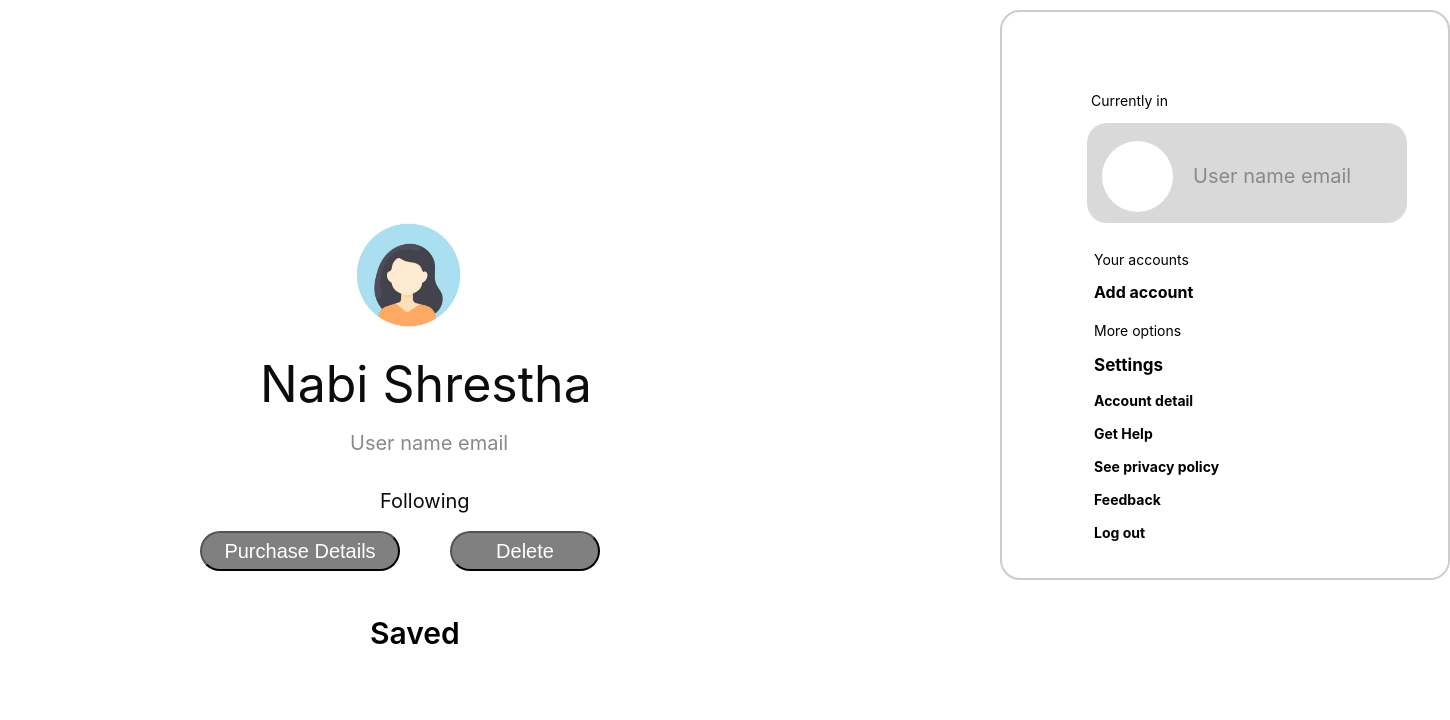
Repository: happy-kitty0821/PixlePrinters
Page: http://localhost/PixlePrint/UserProfile
These files come from the project's save history. The page is drawn as it stood at one moment and after the next save; the edit follows.
The browser window is 1280 px wide. The page is 1450 px wide, so the pictures cover 1450 px, including what lies to the right of the window. The pictures show the whole page.
The page is served by Tomcat 9. The session is filled in as if someone had signed in: {"username": "testuser", "userId": 1, "accountType": "admin"}. Other server files are loaded and not shown. Queries for data that is not in the repository find no rows.

Above is the page before, as saved 2024-05-09 15:11:35.

### PixlePrint/src/main/webapp/pages/ProfilePage.jsp
<!DOCTYPE html>
<html>
    <head>
        <meta name = "viewport" content="width=device-width, initial-scale= 1.0">
        <title>Drop-down profile</title>
        <link rel="stylesheet" href="../css/ProfilePage.css">
    </head>
<body>
    <div style="width:450px; height:570px; overflow: hidden; margin-top: 10px; margin-left: 1000px; margin-right: 20px;border: 2px solid #ccc; border-radius: 20px; padding: 50px;">
        <div style="width: 400px; height: 579px; position: relative; background: white; border-radius: 40px;">
            <div style="left: 39px; top: 30px; position: absolute; color: black; font-size: 14px; font-family: Inter; font-weight: 400; word-wrap: break-word">Currently in</div>
            <div style="width: 320px; height: 100px; left: 35px; top: 61px; position: absolute; background: #D9D9D9; border-radius: 20px"></div>
            <div style="left: 42px; top: 189px; position: absolute; color: black; font-size: 14px; font-family: Inter; font-weight: 400; word-wrap: break-word">Your accounts</div>
            <div style="left: 42px; top: 220px; position: absolute; color: black; font-size: 16px; font-family: Inter; font-weight: 700; word-wrap: break-word">Add account</div>
            <div style="left: 42px; top: 260px; position: absolute; color: black; font-size: 14px; font-family: Inter; font-weight: 400; word-wrap: break-word">More options</div>
            <div style="left: 42px; top: 293px; position: absolute; color: black; font-size: 17px; font-family: Inter; font-weight: 700; word-wrap: break-word">Settings</div>
            <div style="left: 42px; top: 330px; position: absolute; color: black; font-size: 14px; font-family: Inter; font-weight: 700; word-wrap: break-word">Account detail</div>
            <div style="left: 42px; top: 363px; position: absolute; color: black; font-size: 14px; font-family: Inter; font-weight: 700; word-wrap: break-word">Get Help</div>
            <div style="left: 42px; top: 396px; position: absolute; color: black; font-size: 14px; font-family: Inter; font-weight: 700; word-wrap: break-word">See privacy policy</div>
            <div style="left: 42px; top: 429px; position: absolute; color: black; font-size: 14px; font-family: Inter; font-weight: 700; word-wrap: break-word">Feedback</div>
            <div style="left: 42px; top: 462px; position: absolute; color: black; font-size: 14px; font-family: Inter; font-weight: 700; word-wrap: break-word">Log out</div>
            <div style="width: 71px; height: 71px; left: 50px; top: 79px; position: absolute; background: white; border-radius: 9999px"></div>
            <div style="left: 141px; top: 97px; position: absolute; color: #8B8888; font-size: 20px; font-family: Inter; font-weight: 400; line-height: 35px; word-wrap: break-word">User name email</div>
        </div>
    </div>
    <div class= "Profile">
        <h1>Nabi Shrestha </h1>
        <h2>User name email</h2>
        <h3>Following<h3>
    </div>
    <div >

        <button style="left: 200px; top: 531px; position: absolute; font-size:20px; background-color: grey; color: white;border-radius:25px; width:200px; height: 40px;">Purchase Details</button>
        <button style="left: 450px; top: 531px; position: absolute; font-size:20px; background-color: grey; color: white;border-radius:25px; width:150px; height: 40px;">Delete</button>
        <div style="left: 370px; top: 616px; position: absolute; color: black; font-size: 30px; font-family: Inter; font-weight: 600; line-height: 35px; word-wrap: break-word">Saved</div>
        <img style="width: 137px; height: 136px; left: 340px; top: 207px; position: absolute" src="Images\Girl.jpg" />
      </div>

</body>
</html>

### PixlePrint/src/main/java/controller/servlets/UserProfile.java
package controller.servlets;

import java.io.IOException;
import java.util.List;

import javax.servlet.ServletException;
import javax.servlet.annotation.WebServlet;
import javax.servlet.http.HttpServlet;
import javax.servlet.http.HttpServletRequest;
import javax.servlet.http.HttpServletResponse;
import javax.servlet.http.HttpSession;

import controller.DatabaseController;
import models.UserModel;

/**
 * Servlet implementation class UserProfile
 */
@WebServlet("/UserProfile")
public class UserProfile extends HttpServlet {
	private static final long serialVersionUID = 1L;
	DatabaseController dbController = new DatabaseController();

    /**
     * @see HttpServlet#HttpServlet()
     */
    public UserProfile() {
        super();
        // TODO Auto-generated constructor stub
    }

	/**
	 * @see HttpServlet#doGet(HttpServletRequest request, HttpServletResponse response)
	 */
	protected void doGet(HttpServletRequest request, HttpServletResponse response) throws ServletException, IOException {
		HttpSession session = request.getSession();//getting the session object
		String username = (String) session.getAttribute("username");
		if (username != null) {
			List<UserModel> userDetails = dbController.getLoggedInUserDetails("username");
			request.setAttribute("userDetails", userDetails);
    		request.getRequestDispatcher("/pages/ProfilePage.jsp").forward(request, response);
		}
        else {
        	System.out.println("user is not logged in");
            // Redirect to the login page
            response.sendRedirect(request.getContextPath() + "/pages/Login.jsp");
        }
	}

	/**
	 * @see HttpServlet#doPost(HttpServletRequest request, HttpServletResponse response)
	 */
	protected void doPost(HttpServletRequest request, HttpServletResponse response) throws ServletException, IOException {
		// TODO Auto-generated method stub
		doGet(request, response);
	}

}

### PixlePrint/src/main/webapp/css/ProfilePage.css
@charset "UTF-8";
*{
    margin: 0;
    padding: 0;
    font-family: 'Poppins', sans-serif;
    box-sizing: border-box;
}

.Profile h1{
    left:260px;
    top:  367px;
    position: absolute;
    color: #0c0c0c;
    font-family: Inter;
    font-size: 50px;
    font-weight: 400;
    line-height: 35px;
    word-wrap: break-word;
}

.Profile h2{
    left: 350px;
    top:426px;
    position: absolute;
    color: #8b8888;
    font-size: 20px;
    font-family: Inter;
    font-weight: 400;
    line-height: 35px;
    word-wrap: break-word;
}
.Profile h3{
    left: 380px;
    top: 484px;
    position: absolute;
    color: #0c0c0c;
    font-size: 20px;
    font-family: Inter;
    font-weight: 400;
    line-height: 35px;
    word-wrap: break-word;
}

### PixlePrint/src/main/webapp/pages/Header.jsp
<%@ page contentType="text/html;charset=UTF-8" language="java" %>
<%@ page import="utils.Utilities"%>
<!DOCTYPE html>
<html lang="en">
<head>
<meta charset="UTF-8">
<meta http-equiv="X-UA-Compatible" content="IE=edge">
<link rel="icon"
    href="${pageContext.request.contextPath}/Images/pixelprinter-high-resolution-logo.png"
    type="image/png">
<meta name="viewport" content="width=device-width, initial-scale=1.0">
<title>
    <%-- Default title --%>
    Printer Design
    <%-- Get the current page from the request URI and set the title accordingly --%>
    <% String currentPage = request.getRequestURI();
       if (currentPage.endsWith("Index.jsp")) { %>
           | Home
       <% } else if (currentPage.endsWith("DisplayProductToCustomerServlet")) { %>
           | Product
       <% } else if (currentPage.endsWith("Contact.jsp")) { %>
           | About Us
       <% } else if (currentPage.endsWith("Login.jsp")) { %>
           | Login
       <% } else if (currentPage.endsWith("LogoutServlet")) { %>
           | Logout
       <% } %>
</title>
<link rel="stylesheet"
    href="https://cdnjs.cloudflare.com/ajax/libs/font-awesome/6.0.0-beta3/css/all.min.css">
<link rel="stylesheet"
    href="${pageContext.request.contextPath}/css/Header.css" />
</head>

<body>
    <section id="header" class="header">
        <a href="${pageContext.request.contextPath}/pages/Index.jsp"><img
            src="${pageContext.request.contextPath}/Images/logo.png" class="logo"
            style="width: 120px; height: auto;"></a>
        <nav class="navbar">
            <a class="active"
                href="${pageContext.request.contextPath}/pages/Index.jsp">Home</a> <a
                href="${pageContext.request.contextPath}/DisplayProductToCustomerServlet">Product</a>
            <a href="${pageContext.request.contextPath}/pages/Contact.jsp">About
                Us</a>
            <%
            if (session.getAttribute("username") == null) {
            %>
                <a href="${pageContext.request.contextPath}/pages/Login.jsp">Login</a>
            <% } else { %>
                <a href="${pageContext.request.contextPath}/LogoutServlet">Logout</a>
            <% } %>
        </nav>
        <div class="icons">
            <div id="menu-btn" class="fas fa-bars"></div>
            <a href="${pageContext.request.contextPath}/UserProfile" class="fas fa-user-circle"></a>
            <a href="${pageContext.request.contextPath}/pages/Search.jsp" class="fas fa-search"></a>
            <a href="${pageContext.request.contextPath}/DisplayCart" class="fas fa-shopping-cart"></a>
        </div>
    </section>
</body>
</html>

### PixlePrint/src/main/webapp/css/Header.css
@charset "ISO-8859-1";
*{
    margin: 0;
    padding: 0;
    box-sizing: border-box;
    font-family: system-ui;
}
body {
    font-family: 'system-ui', 'Spartan', sans-serif;
}


.header{
    position: sticky;
    top: 0;
    left: 0;
    right: 0;
    z-index: 1000;
    box-shadow: 0 0.5rem 1rem rgba(0,0,0,0.1);
    background:#b9b6ca;
    display: flex;
    align-items: center;
    justify-content: space-between;
    padding:1.5rem 9%;
}
.header .logo{
    font-size: 2.5rem;
    color: #222;
    font-weight: bolder;
    mix-blend-mode:multiply;
}
.header .logo i{
	mix-blend-mode:multiply;
    color: #2d709d;
}
.header .navbar a{
    margin: 0 1.5rem;
    font-size: 1.7rem;
    color: #222;
	text-decoration: none;
	font-weight: 700;
}
.header .navbar a:hover{
    color: #2d7f85;
}
.header .icons div,
.header .icons a{
    height: 4.5rem;
    width:4.5rem;
    line-height: 4.5rem;
    border-radius: .5rem;
    background: #eee;
    font-size: 1.7rem;
    color: #222;
    margin-left: .3rem;
    text-align: center;
    cursor: pointer;
    text-decoration: none
}
.header .icons a:hover,
.header .icons div:hover{
    background: #298f93;
    color: #fff;
}
.header #menu-btn{
    display: none;
}

After the next save:
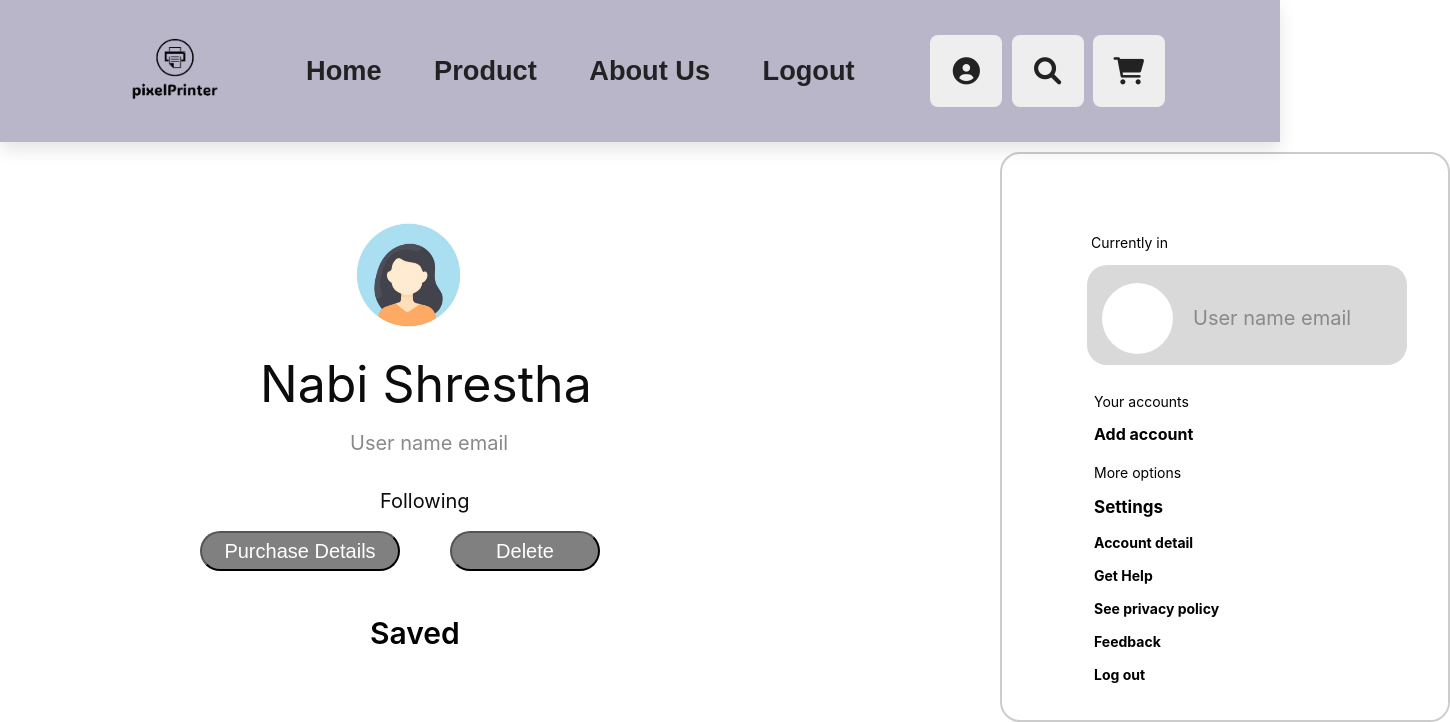
Saved 30 s later.
--- a/PixlePrint/src/main/webapp/pages/ProfilePage.jsp
+++ b/PixlePrint/src/main/webapp/pages/ProfilePage.jsp
@@ -1,3 +1,5 @@
+<%@ page import="utils.Utilities"%>
+<%@ include file="Header.jsp" %>
 <!DOCTYPE html>
 <html>
     <head>
